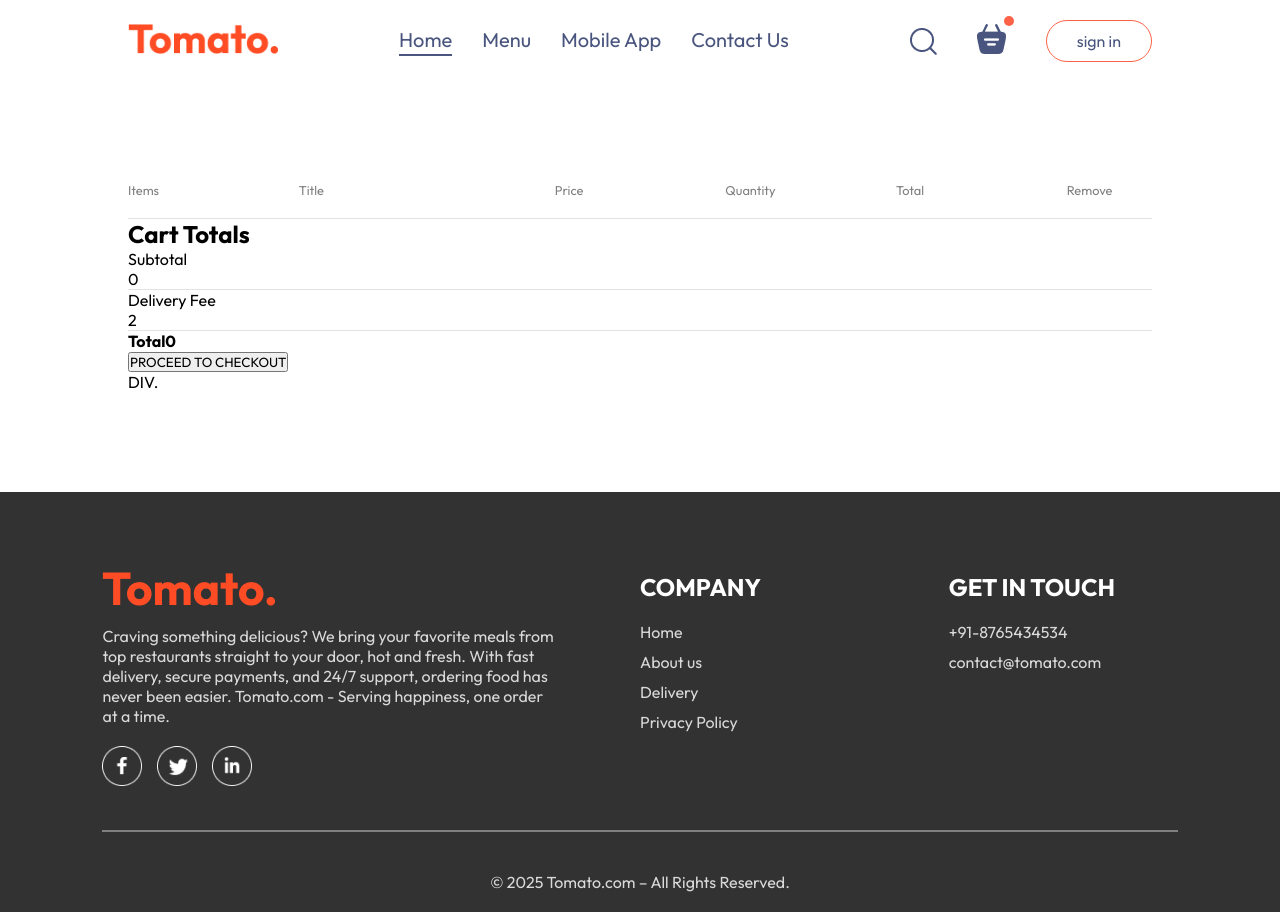
Repository: esakkiraj8104/FOOD_ORDER1
Page: /cart
An editor plug-in stored every save of this project. The page is shown before and after the next save, followed by the edit.
The browser window is 1280 px wide. The pictures show the whole page.
The project was rebuilt for these pictures with package versions that can differ from the ones it lists, and the page was loaded fresh each time. Also part of the build but not shown: vite.config.js, src/components/Navbar/Header/Haeder.css, src/components/Navbar/Header/Header.jsx, src/components/Navbar/ExploreMenu/ExploreMenu.css, src/components/Navbar/ExploreMenu/ExploreMenu.jsx, src/components/Navbar/FoodDisplay/FoodDisplay.css, src/components/Navbar/FoodItem/FoodItem.css, src/components/Navbar/FoodItem/FoodItem.jsx and 6 more. Imported but missing from the stored project, and not drawn on this page: src/pages/PlaceOrder/PlaceOrder.

Above is the page before, as saved 2025-05-20 18:49:33.

### index.html
<!doctype html>
<html lang="en">
  <head>
    <meta charset="UTF-8" />
    <link rel="icon" type="image/svg+xml" href="/vite.svg" />
    <meta name="viewport" content="width=device-width, initial-scale=1.0" />
    <title>Tomoto food Web</title>
  </head>
  <body>
    <div id="root"></div>
    <script type="module" src="/src/main.jsx"></script>
  </body>
</html>

### src/main.jsx
import React from 'react'
import ReactDOM from 'react-dom/client'
import './index.css'
import App from './App.jsx'
import {BrowserRouter} from 'react-router-dom'
import StoreContextProvider from './Context/StoreContext.jsx'

ReactDOM.createRoot(document.getElementById('root')).render(
  <BrowserRouter>
    <StoreContextProvider>
      <App />
    </StoreContextProvider>

  </BrowserRouter>

)

### src/index.css
@import url('https://fonts.googleapis.com/css2?family=Outfit:wght@100..900&display=swap');

*{
  padding: 0;
  margin: 0;
  box-sizing: border-box;
  font-family: outfit;
  scroll-behavior: smooth;
}
body{
  min-height: 100vh;
}
a{
  text-decoration :none;
  color: inherit;
}
.app{
  width: 80%;
  margin: auto;
}

@keyframes fadeIn {
  0%{
    opacity: 0;
  }
  100%{
    opacity: 1;
  }
}

### src/App.jsx
import React,{ useState } from 'react'
import { Route, Routes } from 'react-router-dom'
import Home from './pages/Home/Home'
import Cart from './pages/Cart/Cart'
import PlaceOrder from './pages/PlaceOrder/PlaceOrder'
import Navbar from './components/Navbar/Navbar/Navbar'
import Footer from './components/Navbar/Footer/Footer'
import LoginPopup from './components/LoginPopup/LoginPopup'

const App = () => {

  const[showLogin,setShowLogin]= useState(false)
  return (

    <>
    {showLogin?<LoginPopup setShowLogin={setShowLogin}/>:<></>}
      <div className='app'>
        <Navbar setShowLogin={setShowLogin}/>
        <Routes >
          <Route path='/' element={<Home />} />
          <Route path='/cart' element={<Cart />} />
          <Route path='/order' element={<PlaceOrder />} />
        </Routes>
      </div>
      <Footer />

    </>


  )
}

export default App

### src/Context/StoreContext.jsx
import { createContext, useEffect, useState } from "react";
import { food_list } from "../assets/assets";

export const StoreContext = createContext(null)

const StoreContextProvider = (props) => {

    const [cartItems,setCartItems]= useState({});

    const addToCart = (itemId) => {
        if (!cartItems[itemId]) {
            setCartItems((prev)=>({...prev,[itemId]:1}))
        }
        else{
            setCartItems((prev)=>({...prev,[itemId]:prev[itemId]+1}))
        }
    }

    const removeFromCart = (itemId) =>{
        setCartItems((prev)=>({...prev,[itemId]:prev[itemId]-1}))
    }

    useEffect(()=>{
        console.log(cartItems);
    },[cartItems])

    const contextValue = {
        food_list,
        cartItems,
        setCartItems,
        addToCart,
        removeFromCart

    }
    return (
        <StoreContext.Provider value={contextValue}>
            {props.children}
        </StoreContext.Provider>
    )
}

export default StoreContextProvider;

### src/pages/Cart/Cart.jsx
import React, { useContext } from 'react'
import './Cart.css'
import { StoreContext } from '../../Context/StoreContext'
const Cart = () => {


  const { cartItems, food_list, removeFromCart } = useContext(StoreContext);
  return (
    <div className='cart'>
      <div className="cart-items">
        <div className="cart-items-title">
          <p>Items</p>
          <p>Title</p>
          <p>Price</p>
          <p>Quantity</p>
          <p>Total</p>
          <p>Remove</p>
        </div>
        <br />
        <hr />
        {food_list.map((item, index) => {
          if (cartItems[item._id] > 0) {
            return (
              <div>
                <div className='cart-items-title cart-items-item'>
                  <img src={item.image} alt="" />
                  <p>{item.name}</p>
                  <p>${item.price}</p>
                  <p>{cartItems[item._id]}</p>
                  <p>${item.price * cartItems[item._id]}</p>
                  <p  onClick={()=>removeFromCart(item._id)} className='cross'>❌</p>
                </div>
                <hr />
              </div>

            )
          }
        })}
      </div>
      <div className="cart-bottom">
        <div className="cart-total">
          <h2>Cart Totals</h2>
          <div>
            <div className="cart-total-details">
              <p>Subtotal</p>
              <p>{0}</p>
            </div>
            <hr />
            <div className="cart-total-details">
              <p>Delivery Fee</p>
              <p>{2}</p>
            </div>
             <hr />
            <div className="cart-total-details">
              <b>Total</b>
              <b>{0}</b>
            </div>
          </div>
          <button>PROCEED TO CHECKOUT</button>
        </div>
        DIV.
      </div>
    </div>
  )
}

export default Cart

### src/components/Navbar/Navbar/Navbar.jsx
import React, { useState } from 'react'
import './Navbar.css'
import { assets } from '../../../assets/assets'
import { Link } from 'react-router-dom';
const Navbar = ({setShowLogin}) => {

    const [menu,setMenu] = useState("home");
  return (
    <div className='navbar'>
        <Link to='/'><img src={assets.logo} alt="" className="logo" /></Link>
        <ul className="navbar-menu">
        <Link to='/'className={menu === "home" ? "active" : ""} onClick={() => setMenu("home")}>Home</Link>
        <a href='#explore-menu' className={menu === "menu" ? "active" : ""} onClick={() => setMenu("menu")}>Menu</a>
        <a href='#app-download'className={menu === "mobile-app" ? "active" : ""} onClick={() => setMenu("mobile-app")}>Mobile App</a>
        <a href='#footer'className={menu === "contact us" ? "active" : ""} onClick={() => setMenu("contact us")}>Contact Us</a>
        </ul>
        <div className="navbar-right">
            <img src={assets.search_icon} alt="" />
            <div className="navbar-search-icon">
                <Link to='/cart'><img src={assets.basket_icon} alt="" /></Link>
                <div className="dot"></div>
            </div>
            <button onClick={()=>setShowLogin(true)}>sign in</button>
        </div>
    </div>
  )
}

export default Navbar

### src/components/Navbar/Footer/Footer.jsx
import React from 'react'
import './Footer.css'
import { assets } from '../../../assets/assets'

const Footer = () => {
  return (

    <div className='footer' id='footer'>
      <div className="footer-content">
        <div className="footer-content-left">
          <img src={assets.logo} alt="" />
          <p>Craving something delicious? We bring your favorite meals from top restaurants straight to your door, hot and fresh.
            With fast delivery, secure payments, and  24/7 support, ordering food has never been easier.
            Tomato.com - Serving happiness, one order at a time.</p>
          <div className="footer-social-icons">
            <img src={assets.facebook_icon} alt="" />
            <img src={assets.twitter_icon} alt="" />
            <img src={assets.linkedin_icon} alt="" />
          </div>
        </div>
        <div className="footer-content-center">
          <h2>COMPANY</h2>
          <ul>
            <li>Home</li>
            <li>About us</li>
            <li>Delivery</li>
            <li>Privacy Policy</li>
          </ul>
        </div>
        <div className="footer-content-right">
          <h2>GET IN TOUCH</h2>
          <ul>
            <li>+91-8765434534</li>
            <li>contact@tomato.com</li>
          </ul>
        </div>
      </div>
      <hr />
      <p className="footer-copyright">© 2025 Tomato.com – All Rights Reserved.</p>
    </div>
  )
}

export default Footer

### src/assets/assets.js
import basket_icon from './basket_icon.png'
import logo from './logo.png'
import header_img from './header_img.png'
import search_icon from './search_icon.png'
import menu_1 from './menu_1.png'
import menu_2 from './menu_2.png'
import menu_3 from './menu_3.png'
import menu_4 from './menu_4.png'
import menu_5 from './menu_5.png'
import menu_6 from './menu_6.png'
import menu_7 from './menu_7.png'
import menu_8 from './menu_8.png'

import food_1 from './food_1.png'
import food_2 from './food_2.png'
import food_3 from './food_3.png'
import food_4 from './food_4.png'
import food_5 from './food_5.png'
import food_6 from './food_6.png'
import food_7 from './food_7.png'
import food_8 from './food_8.png'
import food_9 from './food_9.png'
import food_10 from './food_10.png'
import food_11 from './food_11.png'
import food_12 from './food_12.png'
import food_13 from './food_13.png'
import food_14 from './food_14.png'
import food_15 from './food_15.png'
import food_16 from './food_16.png'
import food_17 from './food_17.png'
import food_18 from './food_18.png'
import food_19 from './food_19.png'
import food_20 from './food_20.png'
import food_21 from './food_21.png'
import food_22 from './food_22.png'
import food_23 from './food_23.png'
import food_24 from './food_24.png'
import food_25 from './food_25.png'
import food_26 from './food_26.png'
import food_27 from './food_27.png'
import food_28 from './food_28.png'
import food_29 from './food_29.png'
import food_30 from './food_30.png'
import food_31 from './food_31.png'
import food_32 from './food_32.png'

import add_icon_white from './add_icon_white.png'
import add_icon_green from './add_icon_green.png'
import remove_icon_red from './remove_icon_red.png'
import app_store from './app_store.png'
import play_store from './play_store.png'
import linkedin_icon from './linkedin_icon.png'
import facebook_icon from './facebook_icon.png'
import twitter_icon from './twitter_icon.png'
import cross_icon from './cross_icon.png'
import selector_icon from './selector_icon.png'
import rating_starts from './rating_starts.png'
import profile_icon from './profile_icon.png'
import bag_icon from './bag_icon.png'
import logout_icon from './logout_icon.png'
import parcel_icon from './parcel_icon.png'

export const assets = {
    logo,
    basket_icon,
    header_img,
    search_icon,
    rating_starts,
    add_icon_green,
    add_icon_white,
    remove_icon_red,
    app_store,
    play_store,
    linkedin_icon,
    facebook_icon,
    twitter_icon,
    cross_icon,
    selector_icon,
    profile_icon,
    logout_icon,
    bag_icon,
    parcel_icon
}

export const menu_list = [
    {
        menu_name: "Salad",
        menu_image: menu_1
    },
    {
        menu_name: "Rolls",
        menu_image: menu_2
    },
    {
        menu_name: "Deserts",
        menu_image: menu_3
    },
    {
        menu_name: "Sandwich",
        menu_image: menu_4
    },
    {
        menu_name: "Cake",
        menu_image: menu_5
    },
    {
        menu_name: "Pure Veg",
        menu_image: menu_6
    },
    {
        menu_name: "Pasta",
        menu_image: menu_7
    },
    {
        menu_name: "Noodles",
        menu_image: menu_8
    }]

export const food_list = [
    {
        _id: "1",
        name: "Greek salad",
        image: food_1,
        price: 12,
        description: "Food provides essential nutrients for overall health and well-being",
        category: "Salad"
    },
    {
        _id: "2",
        name: "Veg salad",
        image: food_2,
        price: 18,
        description: "Food provides essential nutrients for overall health and well-being",
        category: "Salad"
    }, {
        _id: "3",
        name: "Clover Salad",
        image: food_3,
        price: 16,
        description: "Food provides essential nutrients for overall health and well-being",
        category: "Salad"
    }, {
        _id: "4",
        name: "Chicken Salad",
        image: food_4,
        price: 24,
        description: "Food provides essential nutrients for overall health and well-being",
        category: "Salad"
    }, {
        _id: "5",
        name: "Lasagna Rolls",
        image: food_5,
        price: 14,
        description: "Food provides essential nutrients for overall health and well-being",
        category: "Rolls"
    }, {
        _id: "6",
        name: "Peri Peri Rolls",
        image: food_6,
        price: 12,
        description: "Food provides essential nutrients for overall health and well-being",
        category: "Rolls"
    }, {
        _id: "7",
        name: "Chicken Rolls",
        image: food_7,
        price: 20,
        description: "Food provides essential nutrients for overall health and well-being",
        category: "Rolls"
    }, {
        _id: "8",
        name: "Veg Rolls",
        image: food_8,
        price: 15,
        description: "Food provides essential nutrients for overall health and well-being",
        category: "Rolls"
    }, {
        _id: "9",
        name: "Ripple Ice Cream",
        image: food_9,
        price: 14,
        description: "Food provides essential nutrients for overall health and well-being",
        category: "Deserts"
    }, {
        _id: "10",
        name: "Fruit Ice Cream",
        image: food_10,
        price: 22,
        description: "Food provides essential nutrients for overall health and well-being",
        category: "Deserts"
    }, {
        _id: "11",
        name: "Jar Ice Cream",
        image: food_11,
        price: 10,
        description: "Food provides essential nutrients for overall health and well-being",
        category: "Deserts"
    }, {
        _id: "12",
        name: "Vanilla Ice Cream",
        image: food_12,
        price: 12,
        description: "Food provides essential nutrients for overall health and well-being",
        category: "Deserts"
    },
    {
        _id: "13",
        name: "Chicken Sandwich",
        image: food_13,
        price: 12,
        description: "Food provides essential nutrients for overall health and well-being",
        category: "Sandwich"
    },
    {
        _id: "14",
        name: "Vegan Sandwich",
        image: food_14,
        price: 18,
        description: "Food provides essential nutrients for overall health and well-being",
        category: "Sandwich"
    }, {
        _id: "15",
        name: "Grilled Sandwich",
        image: food_15,
        price: 16,
        description: "Food provides essential nutrients for overall health and well-being",
        category: "Sandwich"
    }, {
        _id: "16",
        name: "Bread Sandwich",
        image: food_16,
        price: 24,
        description: "Food provides essential nutrients for overall health and well-being",
        category: "Sandwich"
    }, {
        _id: "17",
        name: "Cup Cake",
        image: food_17,
        price: 14,
        description: "Food provides essential nutrients for overall health and well-being",
        category: "Cake"
    }, {
        _id: "18",
        name: "Vegan Cake",
        image: food_18,
        price: 12,
        description: "Food provides essential nutrients for overall health and well-being",
        category: "Cake"
    }, {
        _id: "19",
        name: "Butterscotch Cake",
        image: food_19,
        price: 20,
        description: "Food provides essential nutrients for overall health and well-being",
        category: "Cake"
    }, {
        _id: "20",
        name: "Sliced Cake",
        image: food_20,
        price: 15,
        description: "Food provides essential nutrients for overall health and well-being",
        category: "Cake"
    }, {
        _id: "21",
        name: "Garlic Mushroom ",
        image: food_21,
        price: 14,
        description: "Food provides essential nutrients for overall health and well-being",
        category: "Pure Veg"
    }, {
        _id: "22",
        name: "Fried Cauliflower",
        image: food_22,
        price: 22,
        description: "Food provides essential nutrients for overall health and well-being",
        category: "Pure Veg"
    }, {
        _id: "23",
        name: "Mix Veg Pulao",
        image: food_23,
        price: 10,
        description: "Food provides essential nutrients for overall health and well-being",
        category: "Pure Veg"
    }, {
        _id: "24",
        name: "Rice Zucchini",
        image: food_24,
        price: 12,
        description: "Food provides essential nutrients for overall health and well-being",
        category: "Pure Veg"
    },
    {
        _id: "25",
        name: "Cheese Pasta",
        image: food_25,
        price: 12,
        description: "Food provides essential nutrients for overall health and well-being",
        category: "Pasta"
    },
    {
        _id: "26",
        name: "Tomato Pasta",
        image: food_26,
        price: 18,
        description: "Food provides essential nutrients for overall health and well-being",
        category: "Pasta"
    }, {
        _id: "27",
        name: "Creamy Pasta",
        image: food_27,
        price: 16,
        description: "Food provides essential nutrients for overall health and well-being",
        category: "Pasta"
    }, {
        _id: "28",
        name: "Chicken Pasta",
        image: food_28,
        price: 24,
        description: "Food provides essential nutrients for overall health and well-being",
        category: "Pasta"
    }, {
        _id: "29",
        name: "Buttter Noodles",
        image: food_29,
        price: 14,
        description: "Food provides essential nutrients for overall health and well-being",
        category: "Noodles"
    }, {
        _id: "30",
        name: "Veg Noodles",
        image: food_30,
        price: 12,
        description: "Food provides essential nutrients for overall health and well-being",
        category: "Noodles"
    }, {
        _id: "31",
        name: "Somen Noodles",
        image: food_31,
        price: 20,
        description: "Food provides essential nutrients for overall health and well-being",
        category: "Noodles"
    }, {
        _id: "32",
        name: "Cooked Noodles",
        image: food_32,
        price: 15,
        description: "Food provides essential nutrients for overall health and well-being",
        category: "Noodles"
    }
]

### src/pages/Cart/Cart.css
.cart{
    margin-top: 100px;
}
.cart-items-title{
    display: grid;
    grid-template-columns: 1fr 1.5fr 1fr 1fr 1fr 0.5fr;
    align-items: center;
    color: grey;
    font-size: max(1vw,12px);

}
.cart-items-item{
    margin: 10px 0px;
    color: black;
}
.cart-items-item img{
    width: 100px;
}
.cart hr{
    height: 1px;
    background-color: #e2e2e2;
    border: none;
}
.cart-items-item .cross{
    cursor: pointer;
}

### src/components/Navbar/Navbar/Navbar.css
.navbar{
    padding: 20px 0px;
    display: flex;
    justify-content: space-between;
    align-items: center;
}

.navbar .logo{
    width: 150px;
}

.navbar-menu{
    display: flex;
    list-style: none;
    gap: 30px;
    color: #49557e;
    font-size: 20px;
}

.navbar-right{
    display: flex;
    align-items: center;
    gap: 40px;
}

.navbar button{
    background: transparent;
    font-size: 16px;
    color: #49557e;
    border: 1px solid tomato;
    padding: 10px 30px;
    border-radius: 50px;
    cursor: pointer;
    transition: 0.3;
}

.navbar button:hover{
    background-color: #fff4f2;
}

.navbar .active{
    padding-bottom: 2px;
    border-bottom: 2px solid #49557e;
}

.navbar li{
    cursor: pointer;
}

.navbar-search-icon{
    position:relative;
}

.navbar-search-icon .dot{
    position: absolute;
    min-width: 10px;
    min-height: 10px;
    background-color: tomato;
    border-radius: 5px;
    top: -8px;
    right: -8px;
}
@media(max-width:1050px) {
    .navbar .logo{
        width: 140px;
    }
    .navbar-menu{
        gap: 20px;
        font-size: 17px;
    }
    .navbar-right{
        gap: 30px;
    }
    .navbar-right img{
        width: 22px;
    }
    .navbar-right button{
        padding: 8px 25px;
    }
}
@media(max-width:900px) {
    .navbar .logo{
        width: 120px;
    }
    .navbar-menu{
        gap: 15px;
        font-size: 16px;
    }
    .navbar-right{
        gap: 20px;
    }
    .navbar-right img{
        width: 20px;
    }
    .navbar-right button{
        padding: 7px 20px;
        font-size: 15px;
    }
}
@media(max-width:750px) {
    .navbar-menu{
        display: none;
    }
}

### src/components/Navbar/Footer/Footer.css
.footer{
    color: #d9d9d9;
    background: #323232;
    display: flex;
    flex-direction: column;
    align-items: center;
    gap: 20px;
    padding: 20px 8vw;
    padding-top: 80px;
    margin-top: 100px;

}

.footer-content{
    width: 100%;
    display: grid;
    grid-template-columns: 2fr 1fr 1fr;
    gap: 80px;
}
.footer-content-left, .footer-content-right, .footer-content-center{
    display: flex;
    flex-direction: column;
    align-items: start;
    gap: 20px;
}
.footer-content-left li, .footer-content-right li, .footer-content-center li{
    list-style: none;
    margin-bottom: 10px;
    cursor: pointer;
}
.footer-content-right h2, .footer-content-center h2 {
    color: white;
}
.footer-social-icons img{
    width: 40px;
    margin-right: 15px;
}
.footer hr{
    width: 100%;
    height: 2px;
    margin: 20px 0;
    background-color: grey;
    border: none;
}
@media (max-width:750px) {
    .footer-content{
        display: flex;
        flex-direction: column;
        gap: 35px;
    }
    .footer-copyright{
        text-align: center;
    }
}

Loaded but not shown: src/pages/Home/Home.css (no stored copy; drawn as an empty file)

After the next save:
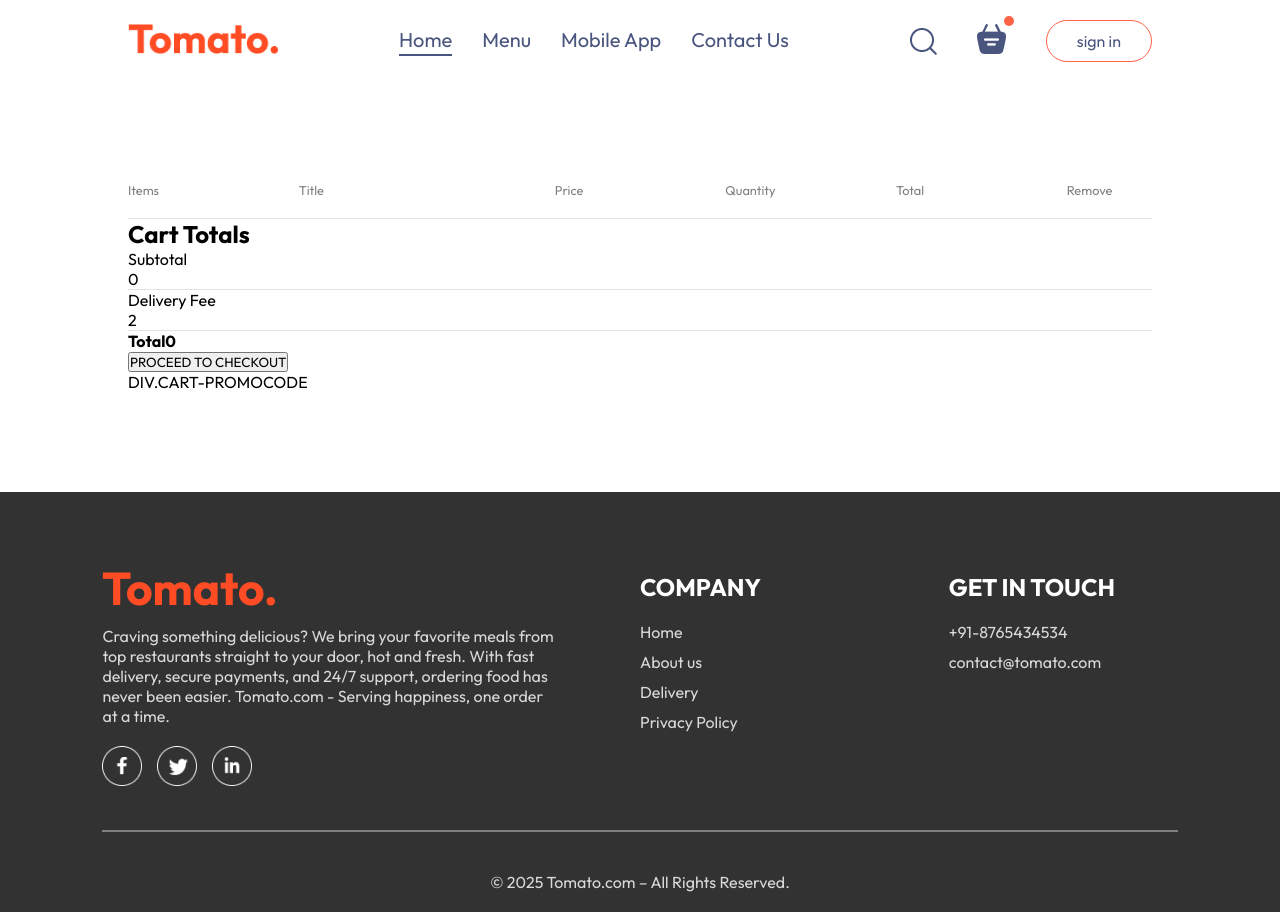
Saved 6 s later.
--- a/src/pages/Cart/Cart.jsx
+++ b/src/pages/Cart/Cart.jsx
@@ -58,7 +58,7 @@ const Cart = () => {
           </div>
           <button>PROCEED TO CHECKOUT</button>
         </div>
-        DIV.
+        DIV.CART-PROMOCODE
       </div>
     </div>
   )
